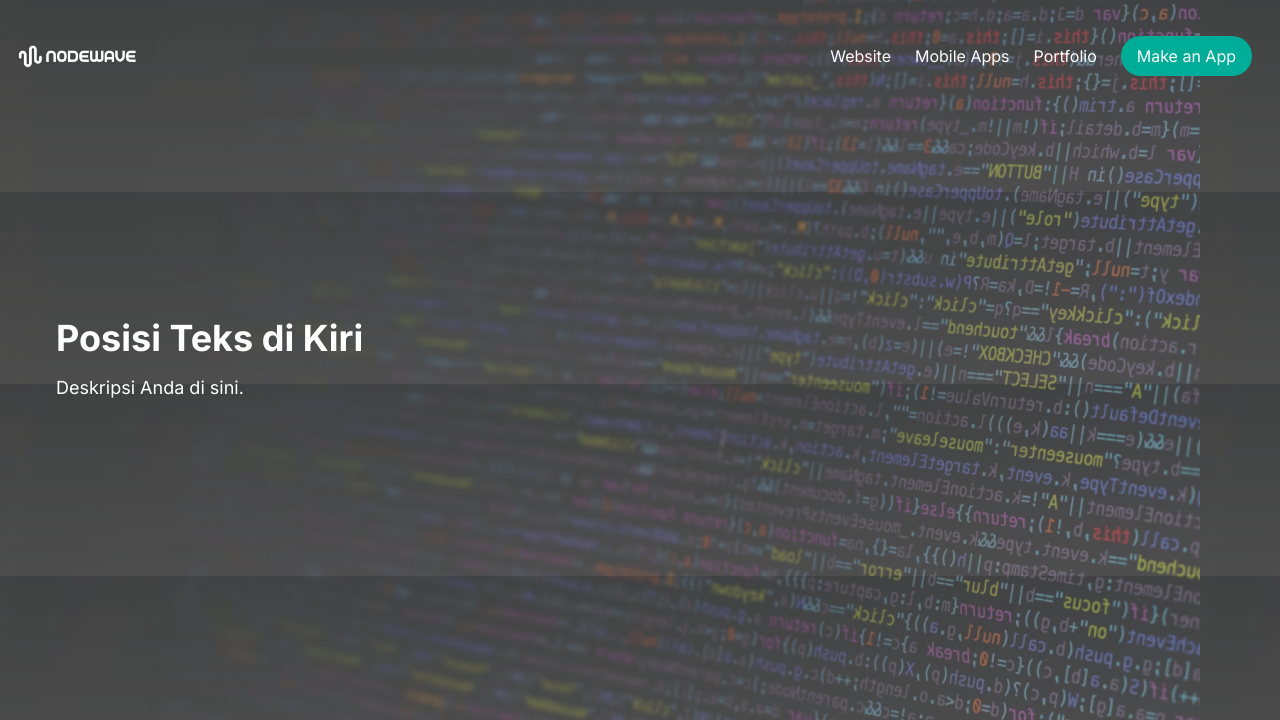
Repository: farrelmuhammad/nodewave
Page: /
The author's editor kept a copy of each file at every save. The page is drawn from the files as they stood at one save, then again after the next save.
The browser window is 1280 px wide. The pictures show the whole page.
The project was rebuilt for these pictures with package versions that can differ from the ones it lists, and the page was loaded fresh each time. The framework's server and built-in components were replaced by stand-ins that run in the browser. Also part of the build but not shown: next.config.js.

Above is the page before, as saved 2023-09-08 13:30:19.

After the next save:
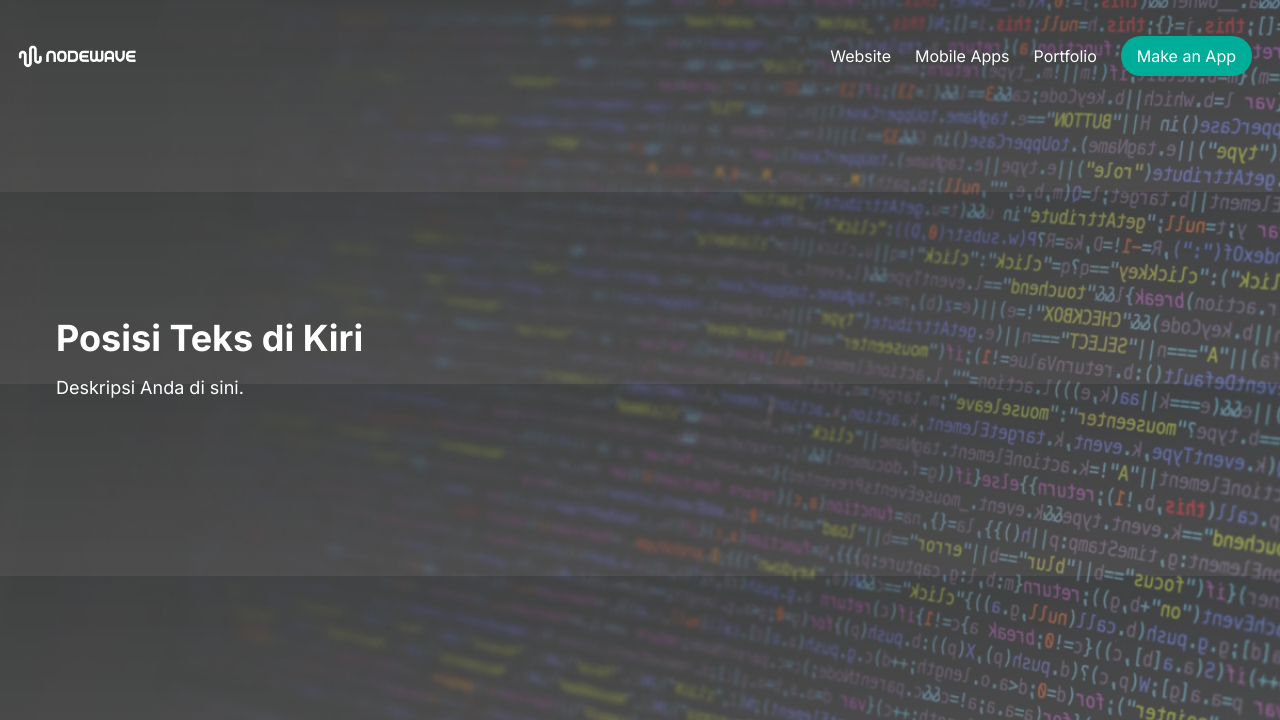
Saved 63 s later.
--- a/src/components/Hero.jsx
+++ b/src/components/Hero.jsx
@@ -7,7 +7,11 @@
       <div
         className="absolute inset-0 bg-opacity-50 bg-black"
         style={{
-          backgroundImage: 'url("/assets/background.png")', // Ganti dengan path gambar latar belakang Anda
+          backgroundImage: 'url("/assets/background.png")',
+          width: "100%",
+          height: "100%",
+          backgroundSize: "cover",
+          backgroundPosition: "center center", // Ganti dengan path gambar latar belakang Anda
         }}
       ></div>
 

After the 5 saves that followed:
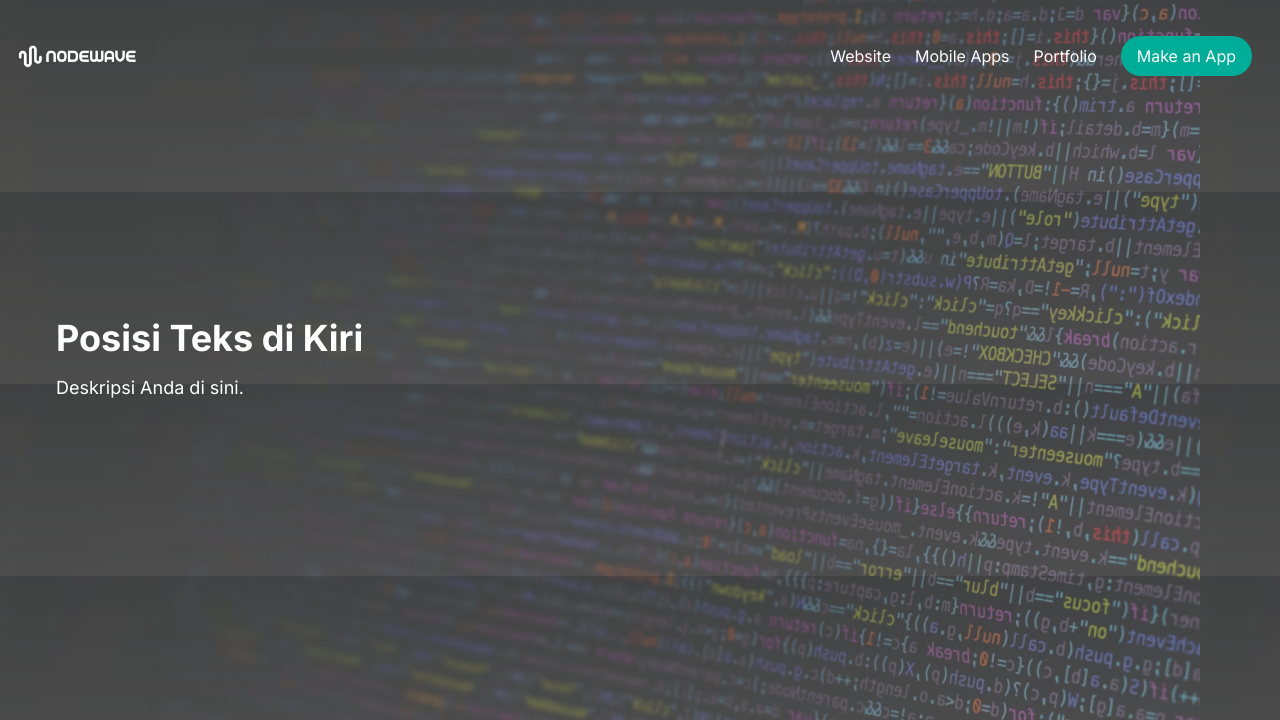
The 5 saves are shown as one change because 2 left the picture as it was and some came seconds apart.
The last was saved 57 s later.
--- a/src/components/Hero.jsx
+++ b/src/components/Hero.jsx
@@ -7,11 +7,7 @@
       <div
         className="absolute inset-0 bg-opacity-50 bg-black"
         style={{
-          backgroundImage: 'url("/assets/background.png")',
-          width: "100%",
-          height: "100%",
-          backgroundSize: "cover",
-          backgroundPosition: "center center", // Ganti dengan path gambar latar belakang Anda
+          backgroundImage: 'url("/assets/background.png")', // Ganti dengan path gambar latar belakang Anda
         }}
       ></div>
 
